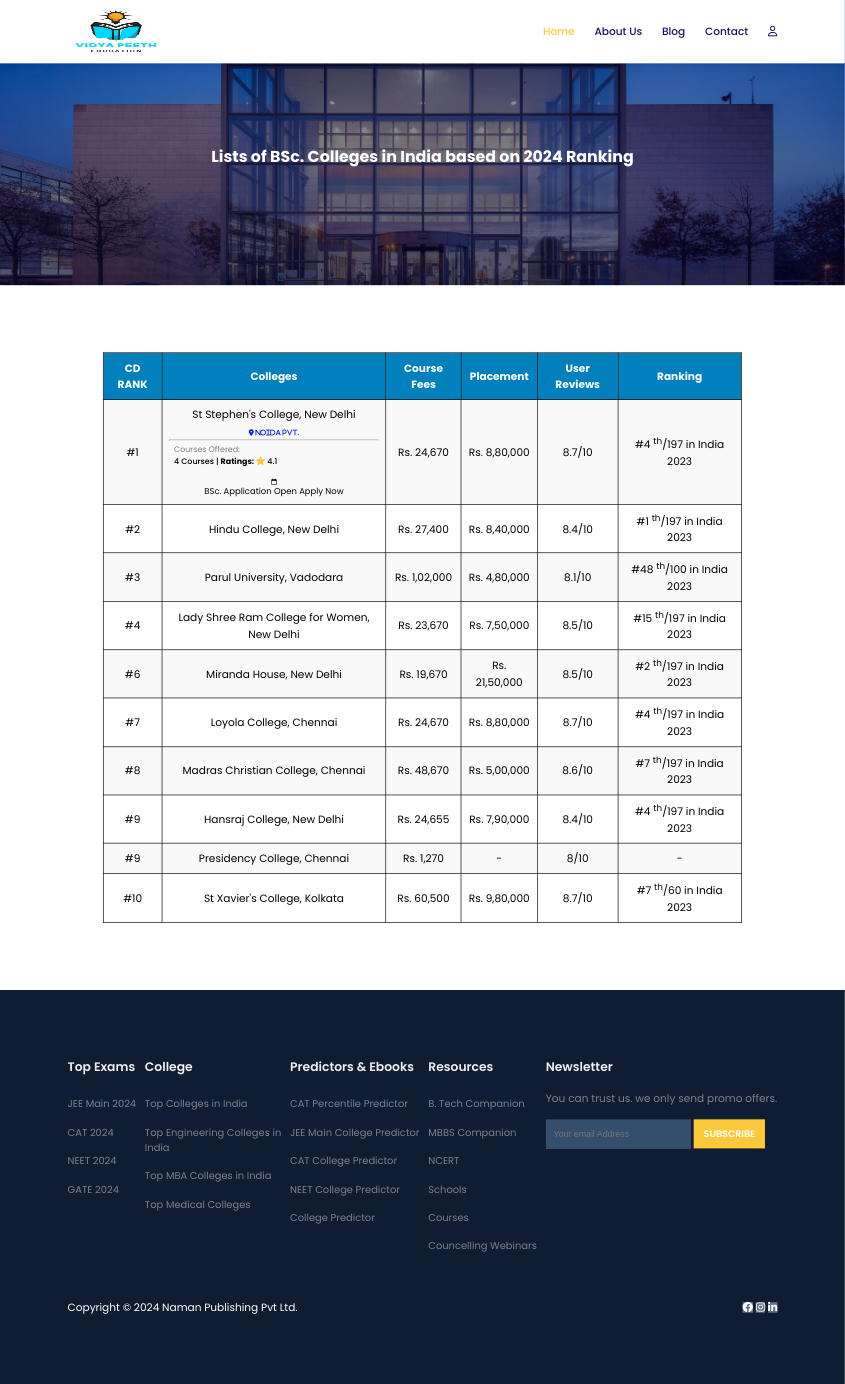
Repository: NamanSahu09/VidyaPreet-Ed-Tech-Website
Page: bsc.html
These files come from the project's save history. The page is drawn as it stood at one moment and after the next save; the edit follows.
The browser window is 1280 px wide. The pictures show the whole page, at 66% of full size.
Some web libraries are served in a nearby version.

Above is the page before, as saved 2024-04-12 13:06:30.

After the next save:
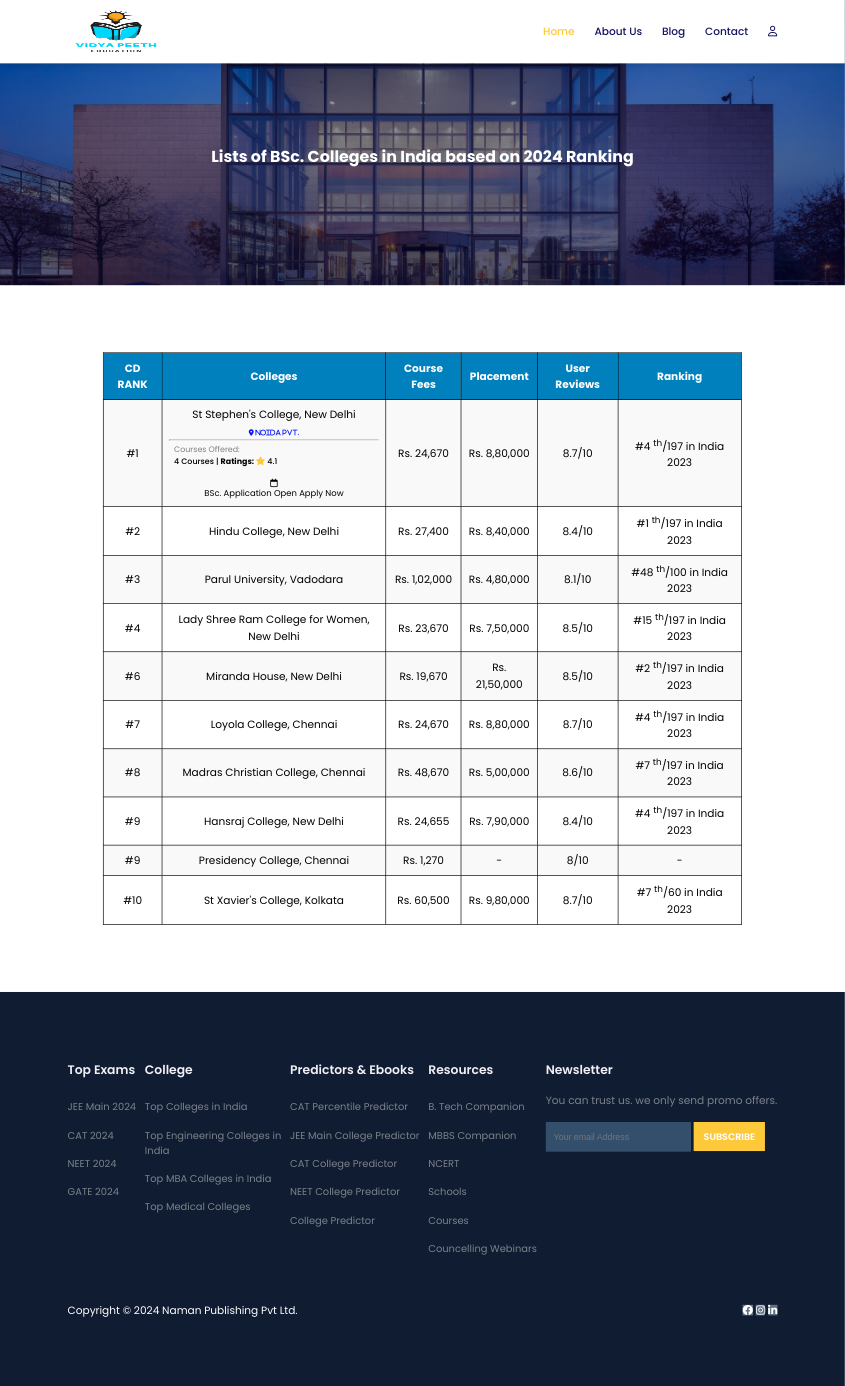
Saved 17 s later.
--- a/bsc.css
+++ b/bsc.css
@@ -351,17 +351,11 @@
 
 }
 
-.container .fa-calendar
-{
-	font-size: 0.6rem;
-}
-
-.container .fa-calendar a
-{
-	font-size: 0.6rem;
-	color:rgb(0, 119, 255);
-	font-family: 'Times New Roman', Times, serif;
-}
+.container fa-calendar
+{
+	font-size: 0.;
+}
+
 
 
 

After the save that followed:
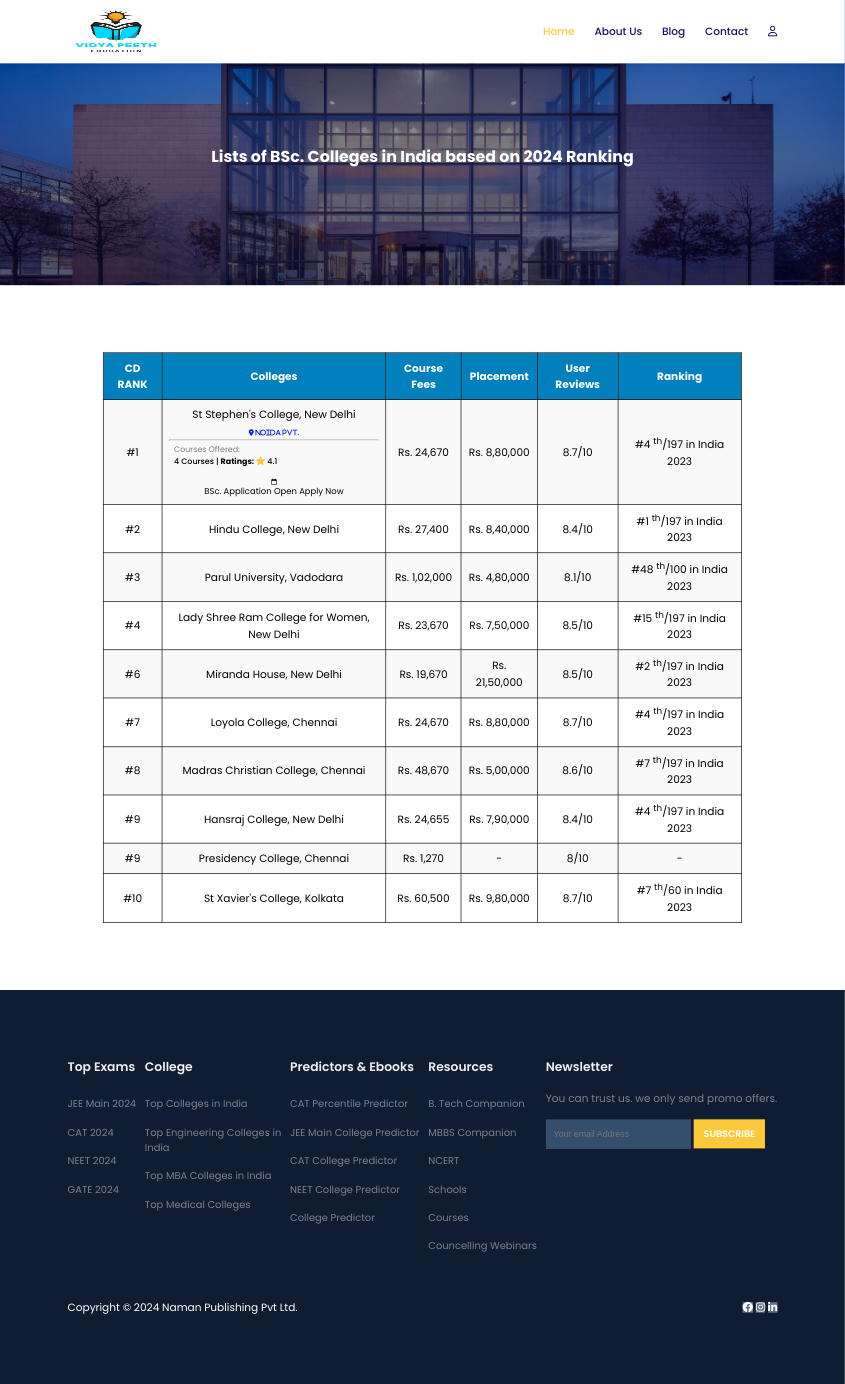
Saved 9 s later.
--- a/bsc.css
+++ b/bsc.css
@@ -351,11 +351,17 @@
 
 }
 
-.container fa-calendar
-{
-	font-size: 0.;
-}
-
+.container .fa-calendar
+{
+	font-size: 0.6rem;
+}
+
+.container .fa-calendar a
+{
+	font-size: 0.6rem;
+	color:rgb(0, 119, 255);
+	font-family: 'Times New Roman', Times, serif;
+}
 
 
 
